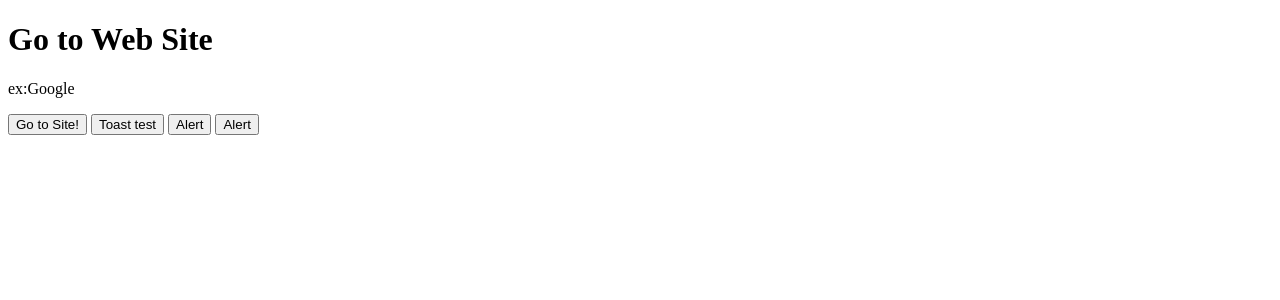
Repository: kenshiryu7/mdv-projects
Page: MDF3/project_4/Project4/assets/index.html
The author's editor kept a copy of each file at every save. The page is drawn from the files as they stood at one save, then again after the next save.
The browser window is 1280 px wide. The pictures show the whole page.

Above is the page before, as saved 2013-02-28 18:14:56.

After the next save:
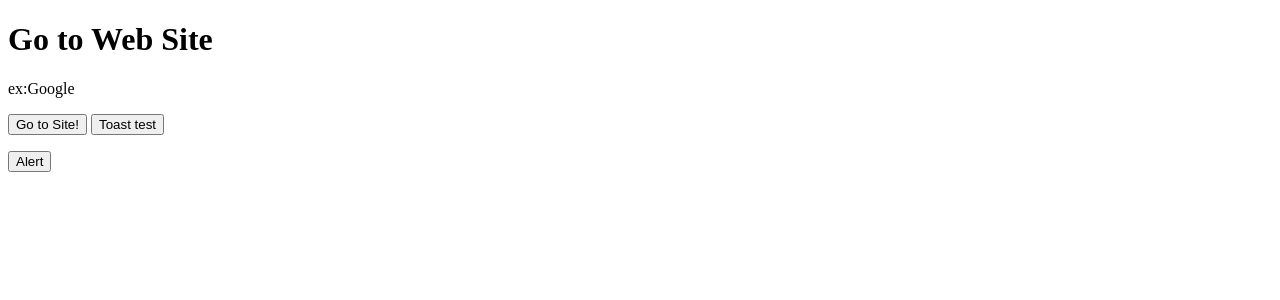
Saved 2 min 6 s later.
--- a/MDF3/project_4/Project4/assets/index.html
+++ b/MDF3/project_4/Project4/assets/index.html
@@ -11,15 +11,15 @@
 	<h1>Go to Web Site</h1>
 	<p id="mytext">ex:Google</p>
 
+
+	<p>
 	<input type="button" value="Go to Site!" onclick="openWeb()"/>
 
 	<input type="button" value="Toast test" onclick="showAndroidToast('I just wanted to tell the world that....I Like it Toasty!!!')"/>
-
+	</p>
 	<input type="button" value="Alert" onclick="doAlert()"/>
 	</body>
-	<body>
-		<input type="button" value="Alert" onclick="doAlert()"/>
-	</body>
+
 
 
 		<script type="text/javascript">
